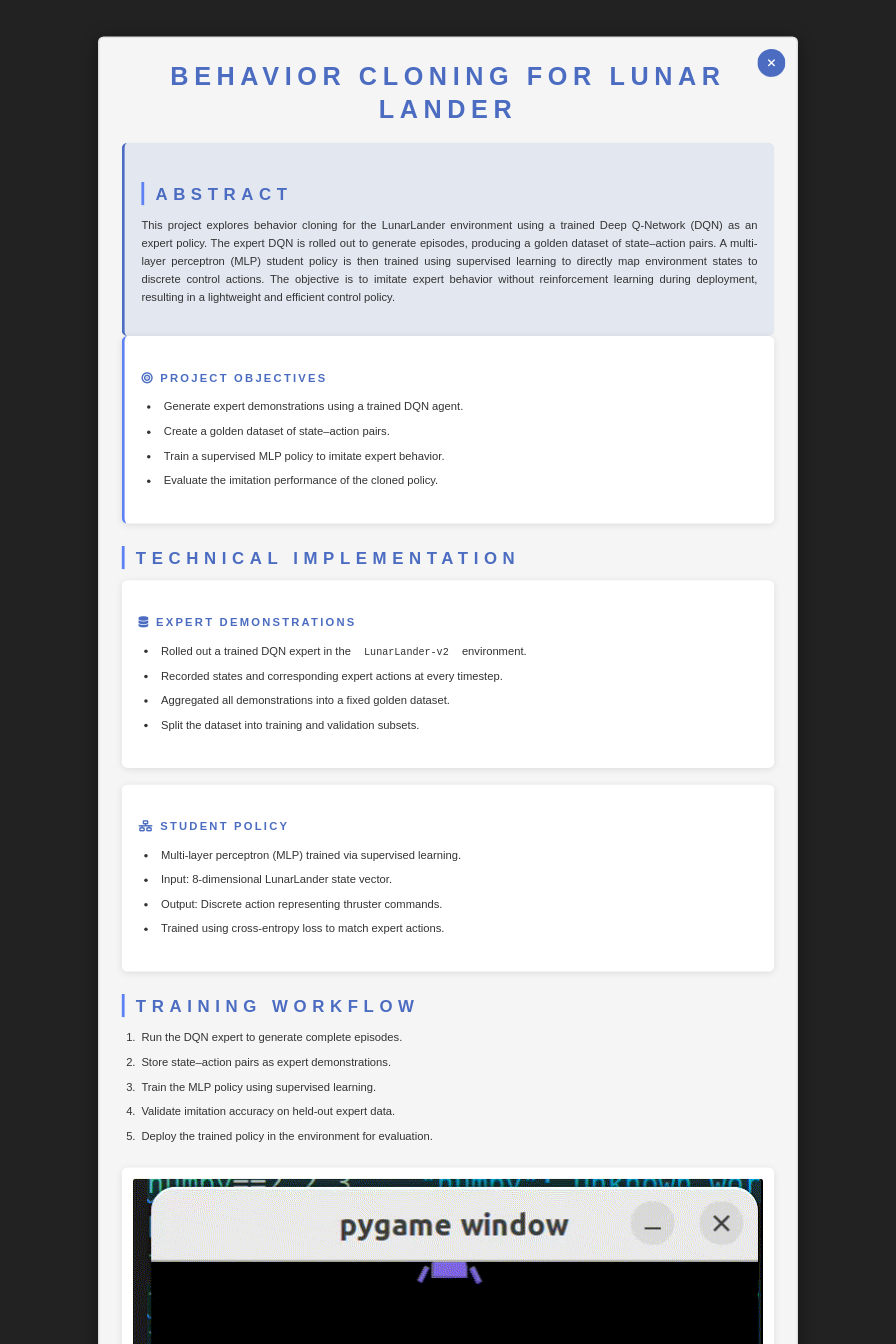
Repository: bk-poudel/bk-poudel.github.io
Page: projects/behavior_cloning_lunar_lander.html
These files come from the project's save history. The page is drawn as it stood at one moment and after the next save; the edit follows.
The browser window is 1280 px wide. The pictures show the part of the page from y = 0 to 1920 px (the page is 3301 px tall before and 3350 px after), at 70% of full size.

Above is the page before, as saved 2025-12-28 09:52:29.

After the next save:
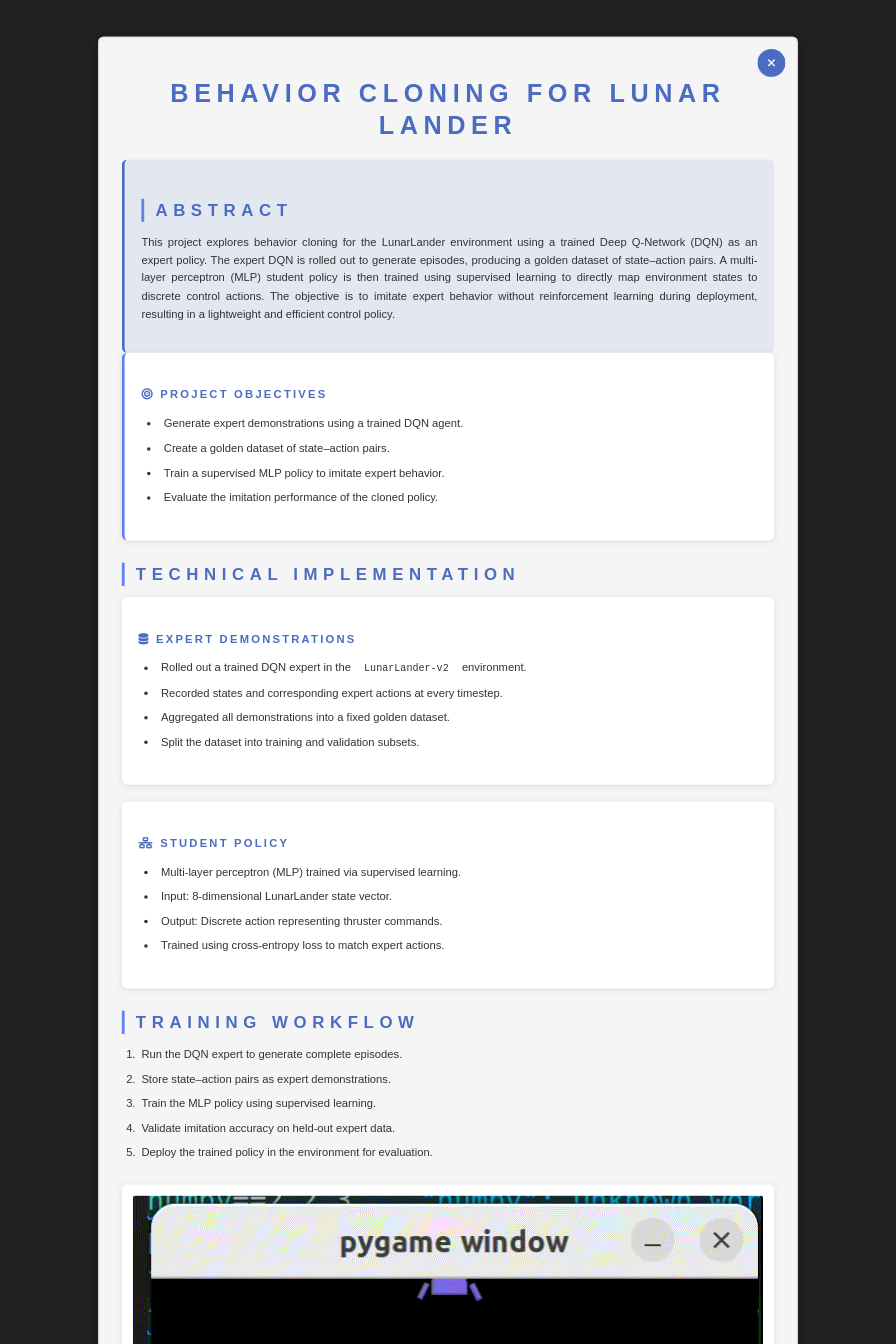
Console error: ReferenceError: breakpoints is not defined
Saved 4 min 0 s later.
--- a/projects/behavior_cloning_lunar_lander.html
+++ b/projects/behavior_cloning_lunar_lander.html
@@ -5,9 +5,10 @@
     <meta charset="utf-8" />
     <meta name="viewport" content="width=device-width, initial-scale=1, user-scalable=no" />
 
-    <link rel="stylesheet" href="assets/css/main.css" />
+    <!-- Use root-relative assets from a projects/ page -->
+    <link rel="stylesheet" href="../assets/css/main.css" />
     <link rel="stylesheet" href="https://cdnjs.cloudflare.com/ajax/libs/font-awesome/6.4.0/css/all.min.css" />
-    <noscript><link rel="stylesheet" href="assets/css/noscript.css" /></noscript>
+    <noscript><link rel="stylesheet" href="../assets/css/noscript.css" /></noscript>
 
     <style>
         :root {
@@ -20,11 +21,14 @@
             --text: #333333;
         }
 
+        * { box-sizing: border-box; }
+
         body {
             background-color: var(--bg-color);
             font-family: Arial, sans-serif;
             line-height: 1.6;
             padding: 20px;
+            color: var(--text);
         }
 
         .project-content {
@@ -37,6 +41,7 @@
             border: 2px solid var(--frame-color);
             position: relative;
             color: var(--text);
+            padding-top: 3.5rem; /* Space for the close button */
         }
 
         .close-button {
@@ -53,6 +58,7 @@
             justify-content: center;
             text-decoration: none;
             transition: 0.3s;
+            z-index: 10;
         }
 
         .close-button:hover {
@@ -163,6 +169,7 @@
             text-decoration: none;
             display: inline-flex;
             align-items: center;
+            gap: 0.5rem;
             transition: 0.3s;
         }
 
@@ -174,6 +181,11 @@
         @media (max-width: 768px) {
             .project-content {
                 padding: 1.5rem;
+                padding-top: 3.5rem;
+            }
+            .close-button {
+                width: 36px;
+                height: 36px;
             }
         }
     </style>
@@ -184,7 +196,8 @@
 <div class="project-content">
 
     <a href="../index.html#projects" class="close-button" title="Back to Projects">
-        <i class="fas fa-times"></i>
+        <i class="fas fa-times" aria-hidden="true"></i>
+        <span class="sr-only">Back to Projects</span>
     </a>
 
     <h1>Behavior Cloning for Lunar Lander</h1>
@@ -197,7 +210,7 @@
     </div>
 
     <div class="callout">
-        <h3><i class="fas fa-bullseye"></i> Project Objectives</h3>
+        <h3><i class="fas fa-bullseye" aria-hidden="true"></i> Project Objectives</h3>
         <ul>
             <li>Generate expert demonstrations using a trained DQN agent.</li>
             <li>Create a golden dataset of state–action pairs.</li>
@@ -209,7 +222,7 @@
     <h2>Technical Implementation</h2>
 
     <div class="method">
-        <h3><i class="fas fa-database"></i> Expert Demonstrations</h3>
+        <h3><i class="fas fa-database" aria-hidden="true"></i> Expert Demonstrations</h3>
         <ul>
             <li>Rolled out a trained DQN expert in the <code>LunarLander-v2</code> environment.</li>
             <li>Recorded states and corresponding expert actions at every timestep.</li>
@@ -219,7 +232,7 @@
     </div>
 
     <div class="method">
-        <h3><i class="fas fa-network-wired"></i> Student Policy</h3>
+        <h3><i class="fas fa-network-wired" aria-hidden="true"></i> Student Policy</h3>
         <ul>
             <li>Multi-layer perceptron (MLP) trained via supervised learning.</li>
             <li>Input: 8-dimensional LunarLander state vector.</li>
@@ -239,29 +252,29 @@
 
     <div class="figure-container">
         <div class="figure">
-            <img src="../Behavior_Cloning_Lunar_Lander/lunar_lander_compressed.gif" alt="Reward Curve">
-            <p><em>Reward achieved by the cloned policy across evaluation episodes.</em></p>
+            <img src="../Behavior_Cloning_Lunar_Lander/lunar_lander_compressed.gif" alt="Lunar Lander behavior cloning demo" loading="lazy">
+            <p><em>Policy rollout in LunarLander showing stable landings.</em></p>
         </div>
     </div>
 
     <h2>Evaluation Highlights</h2>
     <div class="impact">
         <div class="impact-box">
-            <i class="fas fa-chart-line"></i>
+            <i class="fas fa-chart-line" aria-hidden="true"></i>
             <p><strong>Performance:</strong> Achieves rewards close to the DQN expert.</p>
         </div>
         <div class="impact-box">
-            <i class="fas fa-check-circle"></i>
+            <i class="fas fa-check-circle" aria-hidden="true"></i>
             <p><strong>Stability:</strong> Consistent landings under standard conditions.</p>
         </div>
         <div class="impact-box">
-            <i class="fas fa-bolt"></i>
+            <i class="fas fa-bolt" aria-hidden="true"></i>
             <p><strong>Efficiency:</strong> Fast inference with a compact MLP.</p>
         </div>
     </div>
 
     <div class="callout">
-        <h3><i class="fas fa-lightbulb"></i> Lessons Learned</h3>
+        <h3><i class="fas fa-lightbulb" aria-hidden="true"></i> Lessons Learned</h3>
         <ul>
             <li>Behavior cloning can closely replicate strong expert policies.</li>
             <li>Expert data quality directly impacts student performance.</li>
@@ -278,17 +291,18 @@
 
     <div style="text-align:center; margin-top:3rem;">
         <a href="../index.html#projects" class="button">
-            <i class="fas fa-arrow-left"></i> Back to Projects
+            <i class="fas fa-arrow-left" aria-hidden="true"></i>
+            <span>Back to Projects</span>
         </a>
     </div>
 
 </div>
 
-<script src="assets/js/jquery.min.js"></script>
-<script src="assets/js/browser.min.js"></script>
-<script src="assets/js/breakpoints.min.js"></script>
-<script src="assets/js/util.js"></script>
-<script src="assets/js/main.js"></script>
+<script src="../assets/js/jquery.min.js"></script>
+<script src="../assets/js/browser.min.js"></script>
+script src="../assets/js/breakpoints.min.js"></script>
+<script src="../assets/js/util.js"></script>
+<script src="../assets/js/main.js"></script>
 
 </body>
 </html>
